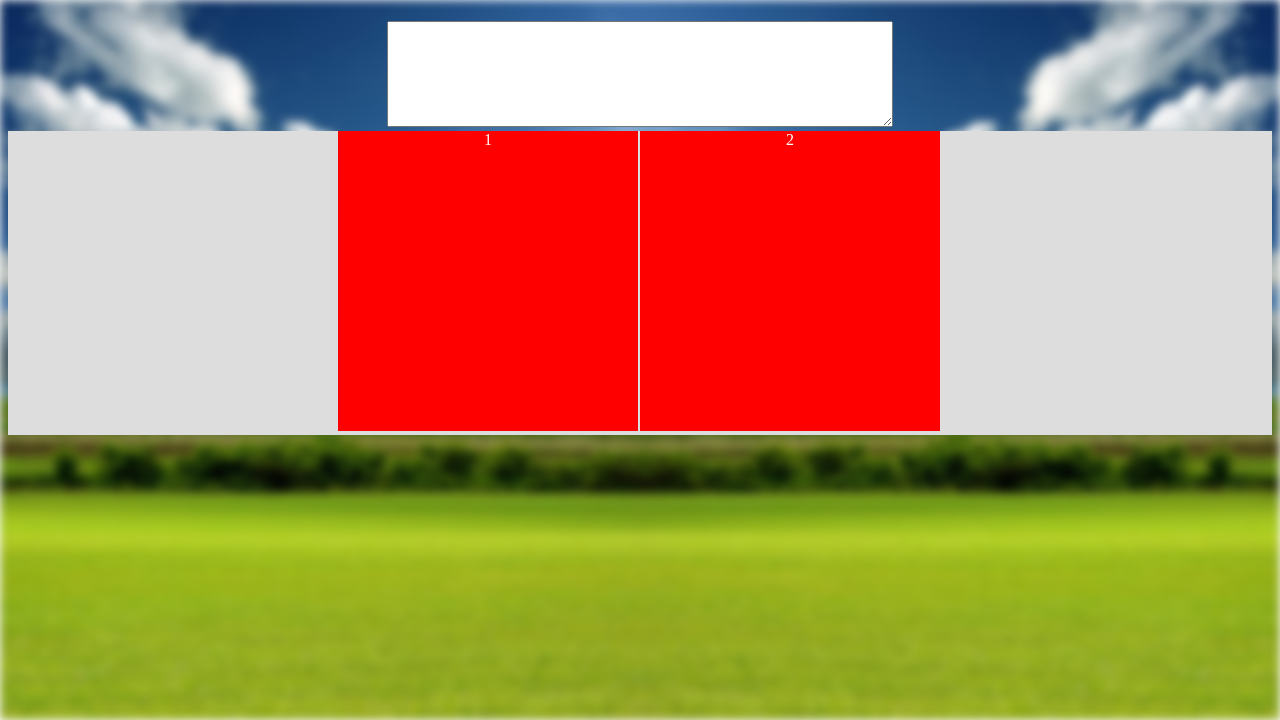
Repository: RyoTTa/4-1-Web-Programming
Page: SoloProject/Project/WebContent/index.html
An editor plug-in stored every save of this project. The page is shown before and after the next save, followed by the edit.
The browser window is 1280 px wide. The pictures show the whole page.
The page's requests for data from a server got no answer.

Above is the page before, as saved 2020-05-05 14:52:25.

### SoloProject/Project/WebContent/index.html
<!DOCTYPE html>
<html>
<head>
	<meta charset="UTF-8">
	<script src="https://ajax.googleapis.com/ajax/libs/jquery/3.4.1/jquery.min.js"></script>
	<link type="text/css" rel="stylesheet" href="background.css"></link>
	<title>Insert title here</title>
</head>
<body>
	<div>
		<center>
			<div><h2 id="current_time" ></h2></div>
			<div><h1 id="current_temp"></h1></div>
			<div><h1 id="current_weather"></h1></div>
			<div><textarea id="chatLog" class="contents" readonly style="width:500px; height:100px"></textarea></div>
		</center>
	</div>
	<div class="forecast_layer_outter">
		<div class="forecast_layer_inner">
			<div class="forecast_contents">
				<div class="box_1">
				1
				</div>
				<div class="box_2">
				2
				</div>
			</div>
		</div>
	</div>






   	<!----script 부분---->
	<script>
		function parseWeather(){
			forecast_loadJSON(function(response){
				var jsonData = JSON.parse(response);
				var date = new Date(jsonData["list"][0]["dt_txt"]);
				date.setHours(date.getHours()+9)
				for(i = 0; i<7 ;i++){
					$("#chatLog").append("도시 : " + jsonData.city.name + "\n"
							+ "기온 : " + (jsonData["list"][i]["main"]["temp"] - 273.15) + "\n"
							+ "시간 : " + date + "\n"
							+ "날씨 : " + jsonData["list"][i]["weather"][0]["main"] + "\n\n\n");
					date.setHours(date.getHours()+3)
				}

			});

			weather_loadJSON(function(response){
				var jsonData = JSON.parse(response);
				var date = new Date();
				$("#current_time").text(date);
				$("#current_temp").text((jsonData["main"]["temp"] - 273.15)+"°C");
				$("#current_weather").text(jsonData["weather"][0]["main"]);
				$("#chatLog").append("도시 : " + jsonData.name + "\n"
						+ "기온 : " + (jsonData["main"]["temp"] - 273.15) + "\n"
						+ "날씨 : " + jsonData["weather"][0]["main"] + "\n\n\n");
			});
		}
		function forecast_loadJSON(callback){
			var apiURL ="http://api.openweathermap.org/data/2.5/forecast?q=Daegu,KR&cnt=7&appid=dc8d5f394054b66bd905f0d24fc95a3d "
			var request = new XMLHttpRequest();
			request.overrideMimeType("application/json");
			request.open('GET',apiURL, true);

			request.onreadystatechange = function(){
				if(request.readyState == 4 && request.status =="200"){
					callback(request.responseText);
				}
			};
			request.send(null);
		}

		function weather_loadJSON(callback){
			var apiURL ="http://api.openweathermap.org/data/2.5/weather?q=Daegu,KR&appid=dc8d5f394054b66bd905f0d24fc95a3d "
			var request = new XMLHttpRequest();
			request.overrideMimeType("application/json");
			request.open('GET',apiURL, true);

			request.onreadystatechange = function(){
				if(request.readyState == 4 && request.status =="200"){
					callback(request.responseText);
				}
			};
			request.send(null);
		}
		window.onload = function(){
			parseWeather();
		}

	</script>

</body>
</html>

### SoloProject/Project/WebContent/background.css
body::before {
	position: fixed;
	top: 0;
	left: 0;
	right: 0;
	bottom: 0;
	background-image: url("./background/clean.jpg");
	background-size: cover;
	-webkit-filter: blur(5px);
	-moz-filter: blur(5px);
	-o-filter: blur(5px);
	-ms-filter: blur(5px);
	filter: blur(5px);
	z-index: -1;
	content: "";
}

.forecast_layer_outter{
	display : table;
	width : 100%;
	height : 100%;
	background : #ddd;
}
.forecast_layer_inner{
	display : table-cell;
	text-align: center;
	vertical-align:middle;
}
.forecast_contents{
	display : inline-block;
	color : #fff;
}
.box_1, .box_2{
	width : 300px;
	height : 300px;
	background: #f00;
	color: #fff;
	text-align:center;
	float:left;
	margin-right:2px;
}

After the next save:
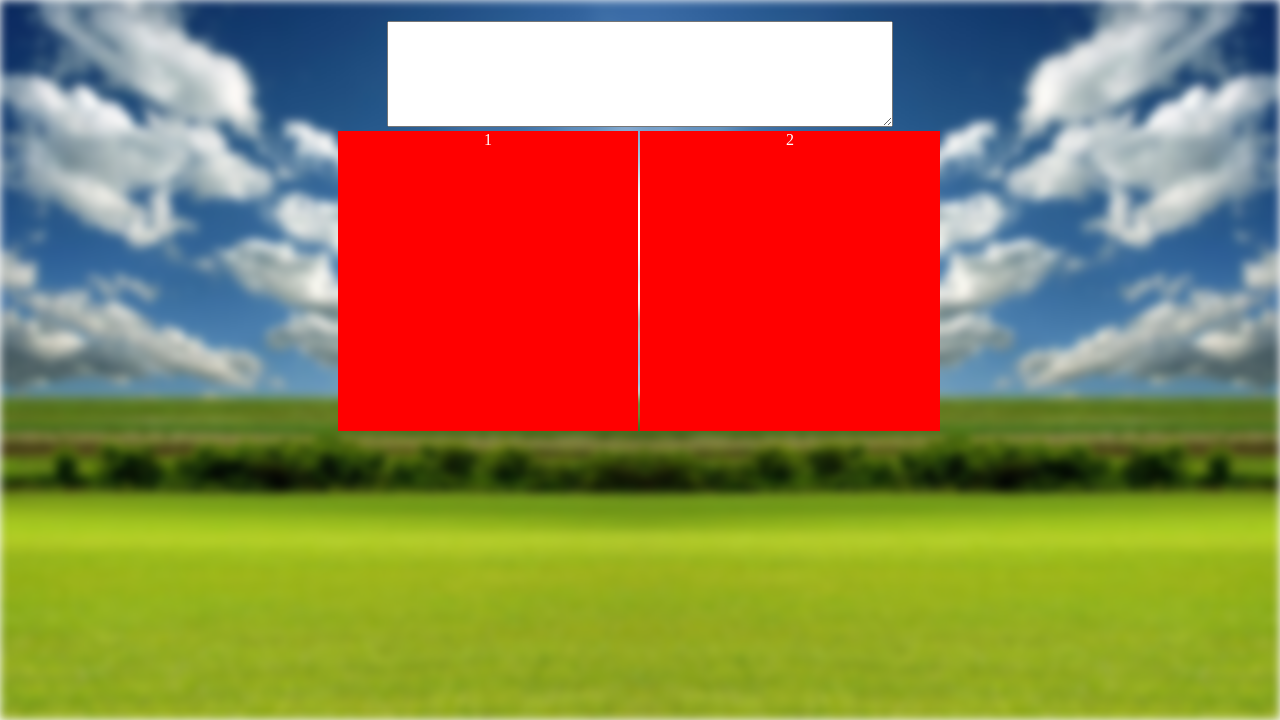
Saved 10 s later.
--- a/SoloProject/Project/WebContent/background.css
+++ b/SoloProject/Project/WebContent/background.css
@@ -19,7 +19,6 @@ body::before {
 	display : table;
 	width : 100%;
 	height : 100%;
-	background : #ddd;
 }
 .forecast_layer_inner{
 	display : table-cell;
